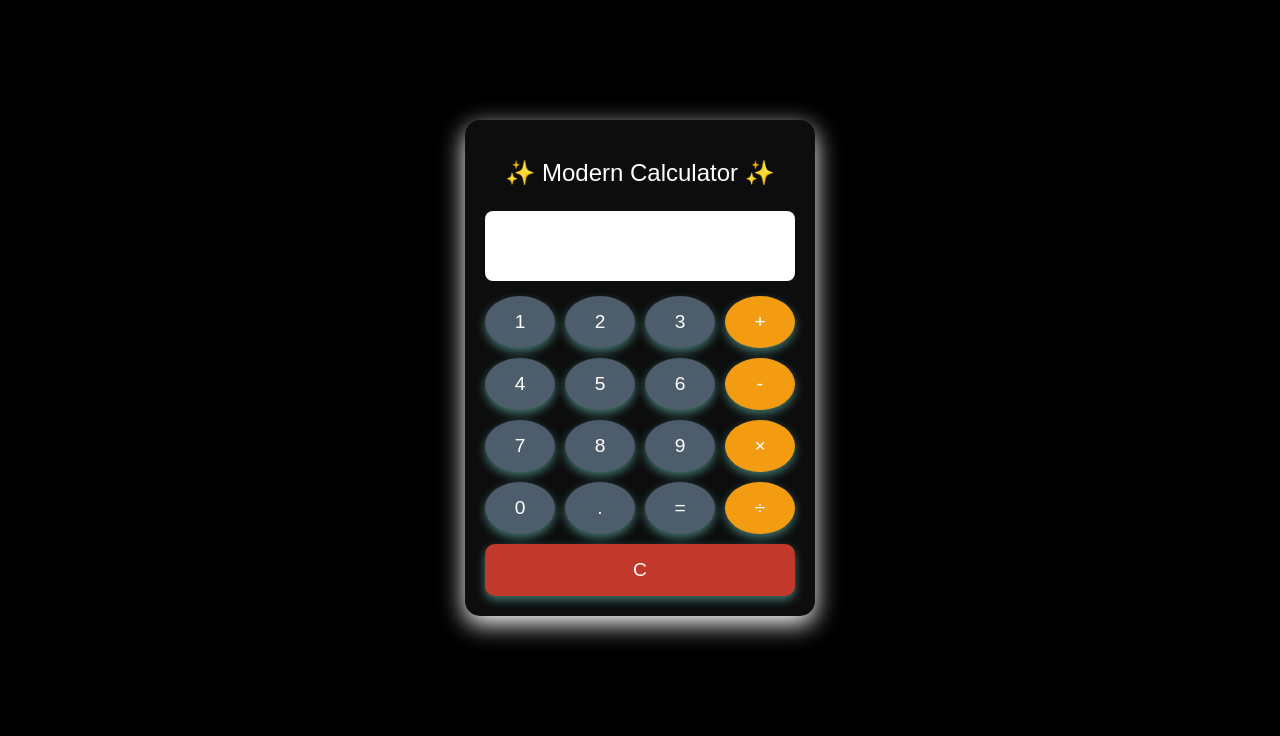
Repository: hawamubarakk/Calculator
Page: calculator.html
The author's editor kept a copy of each file at every save. The page is drawn from the files as they stood at one save, then again after the next save.
The browser window is 1280 px wide. The pictures show the whole page.

Above is the page before, as saved 2025-08-15 21:53:59.

After the next save:
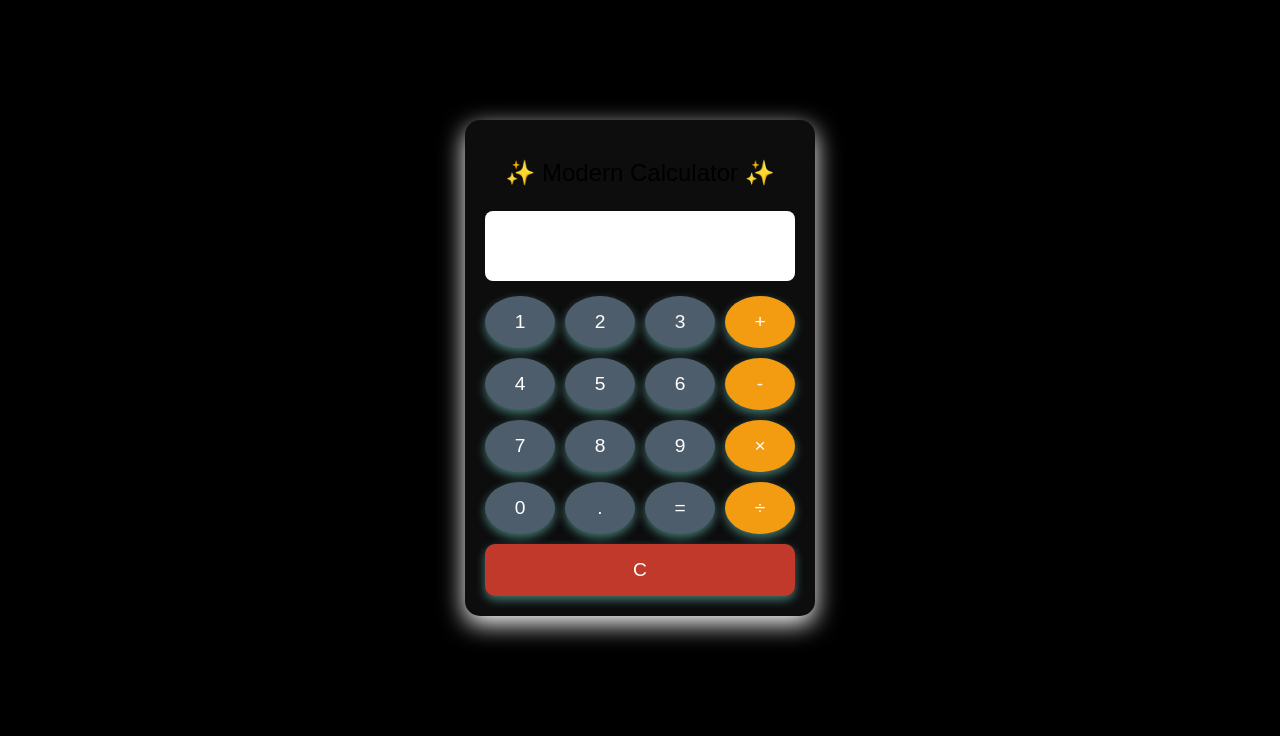
Saved 38 s later.
--- a/style.css
+++ b/style.css
@@ -1,7 +1,7 @@
 body {
   background-color: black;
   font-family: Arial, sans-serif;
-  color: white;
+  color: black;
   display: flex;
   justify-content: center;
   align-items: center;

After the save that followed:
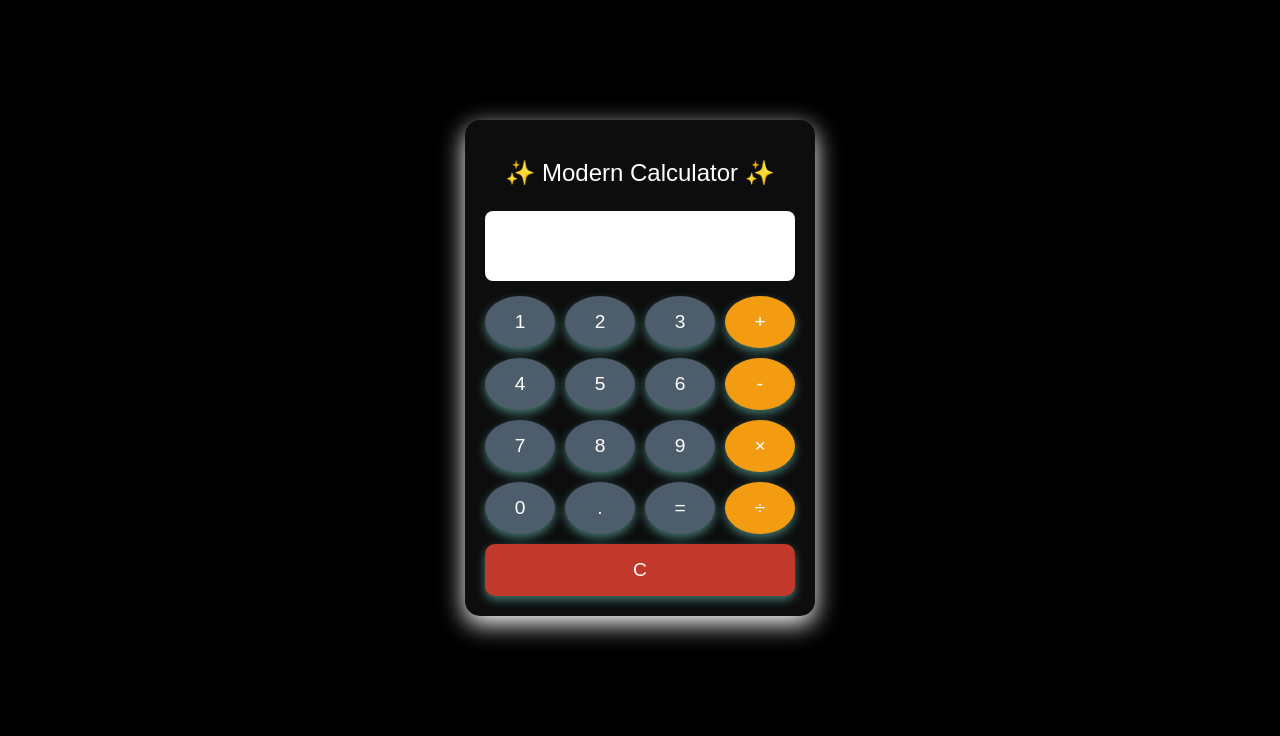
Saved 28 s later.
--- a/style.css
+++ b/style.css
@@ -19,6 +19,7 @@ body {
 h2 {
   margin-bottom: 10px;
   font-weight: normal;
+  color: white;
 }
 
 .js-calculation {
